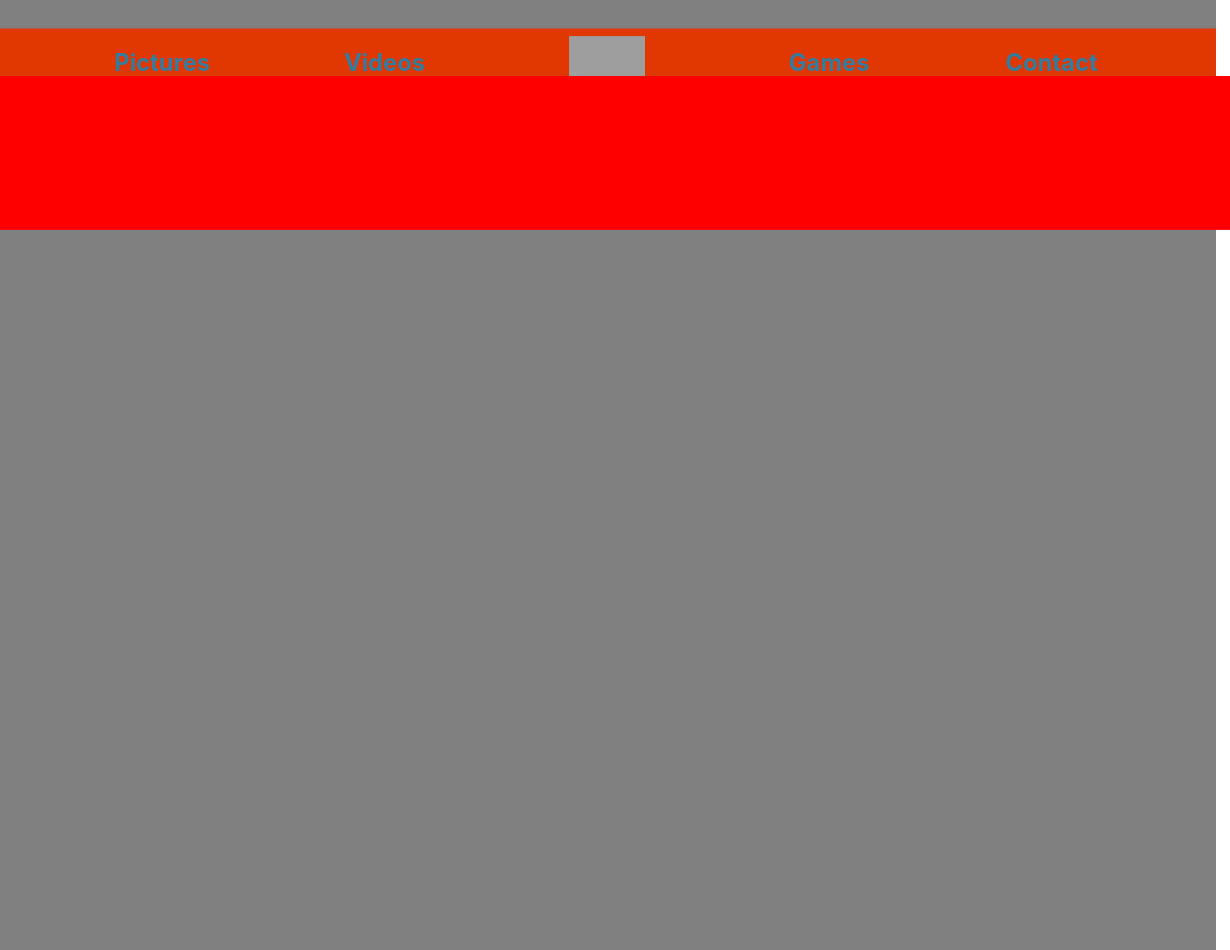
Repository: marty-wickham/2nd-milestone-project
Page: index.html
The author's editor kept a record of every edit. The page is drawn from the files as they stood at one moment, then again after the next edit.
The browser window is 1280 px wide. The page is 1295 px wide, so the pictures cover 1295 px, including what lies to the right of the window. The pictures show the whole page, at 95% of full size.
Pictures or frames that could not be fetched are drawn as grey boxes.

Above is the page before.

### index.html
<!DOCTYPE html>
<html lang="en">

<head>
    <meta charset="UTF-8">
    <meta name="viewport" content="width=device-width, initial-scale=1.0">
    <meta http-equiv="X-UA-Compatible" content="ie=edge">
    <title>2nd Milestone Project</title>

    <!-- css and js links -->
    <link rel="stylesheet" href="https://stackpath.bootstrapcdn.com/bootstrap/4.3.1/css/bootstrap.min.css" integrity="sha384-ggOyR0iXCbMQv3Xipma34MD+dH/1fQ784/j6cY/iJTQUOhcWr7x9JvoRxT2MZw1T" crossorigin="anonymous">
    <link rel="stylesheet" href="assets/css/style.css" type="text/css" />
    <script type="text/javascript" src="assets/js/jquery-3.4.1.js"></script>
    <script type="text/javascript" src="assets/js/simon.js"></script>
</head>

<body>
    <div class="page-container">
        <div class="navbar">
            <ul class="nav-list">
                <li class="nav-item"><a href="">Pictures</a></li>
                <li class="nav-item"><a href="">Videos</a></li>
                <li class="nav-item">
                    <div class="logo">
                        <img src="https://thumbs.dreamstime.com/z/simple-image-triangle-motif-logo-simple-easy-cool-logo-best-your-business-simple-logo-triangle-red-113714424.jpg" alt="logo"></img>
                    </div>
                </li>
                <li class="nav-item"><a href="">Games</a></li>
                <li class="nav-item"><a href="#">Contact</a></li>
            </ul>
        </div>
        <div class="section simon-game">
            <div class="row game-row">
                <div class="col color-btn" id="red">

                </div>
                <div class="col color-btn" id="green">

                </div>
            </div>
            <div class="row game-row">
                <div class="col" class="color-btn" id="blue">

                </div>
                <div class="col" class="color-btn" id="yellow">

                </div>
            </div>
        </div>
        <div class="footer">

        </div>
    </div>
</body>

</html>

### assets/css/style.css
.page-container {
    height: 1000px;
    background-color: gray;
}

.navbar {
    width: 100%;
    height: 80px;
    background-color: #E13700;
    position: relative;
    top: 30px;
}

.nav-list {
    width: 100%;
}

.nav-item {
    display: inline-block;
    font-weight: bold;
    font-size: 25px;
    width: 19%;
    text-align: center;
}

.logo {
    height: 80px;
    width: 80px;
    margin: 0 auto;
}

img {
    max-width: 100%;
    max-height: 100%;
}

.nav-item a {
    text-decoration: none;
    color: #337CA0;
}

/*-------------------------------------- Simon Game -------------------*/

.simon-game {
    height: 90vh;
}

.game-row {
    height: 50%;
}

.color-btn {
    width: 100%;
    height: 50%;
    background-color: red;
}

### assets/js/simon.js
/* var game = {
    count: 0,
    gameMemory: [],
    playerMemory: [],
    colors: ["red", "green", "blue", "yellow"]
};

function newGame() {
    game.count = 0;
    game.gameMemory = [];
    game.playerMemory = [];
}

newGame();

function gameMove() {
    game.count++;
    game.gameMemory.push(game.colors[Math.floor((Math.random() * 4) + 1)]);
}

gameMove;

function playSequence() {
    for(var i = 0; i <= game.gameMemory.length; i++) {
        document.getElementById(game.gameMemory[i]);
    }
}
*/

$("#red").mouseenter(function() {
    $(this).addClass("highlight");
})

Loaded but not shown: assets/js/jquery-3.4.1.js (library)

After the next edit:
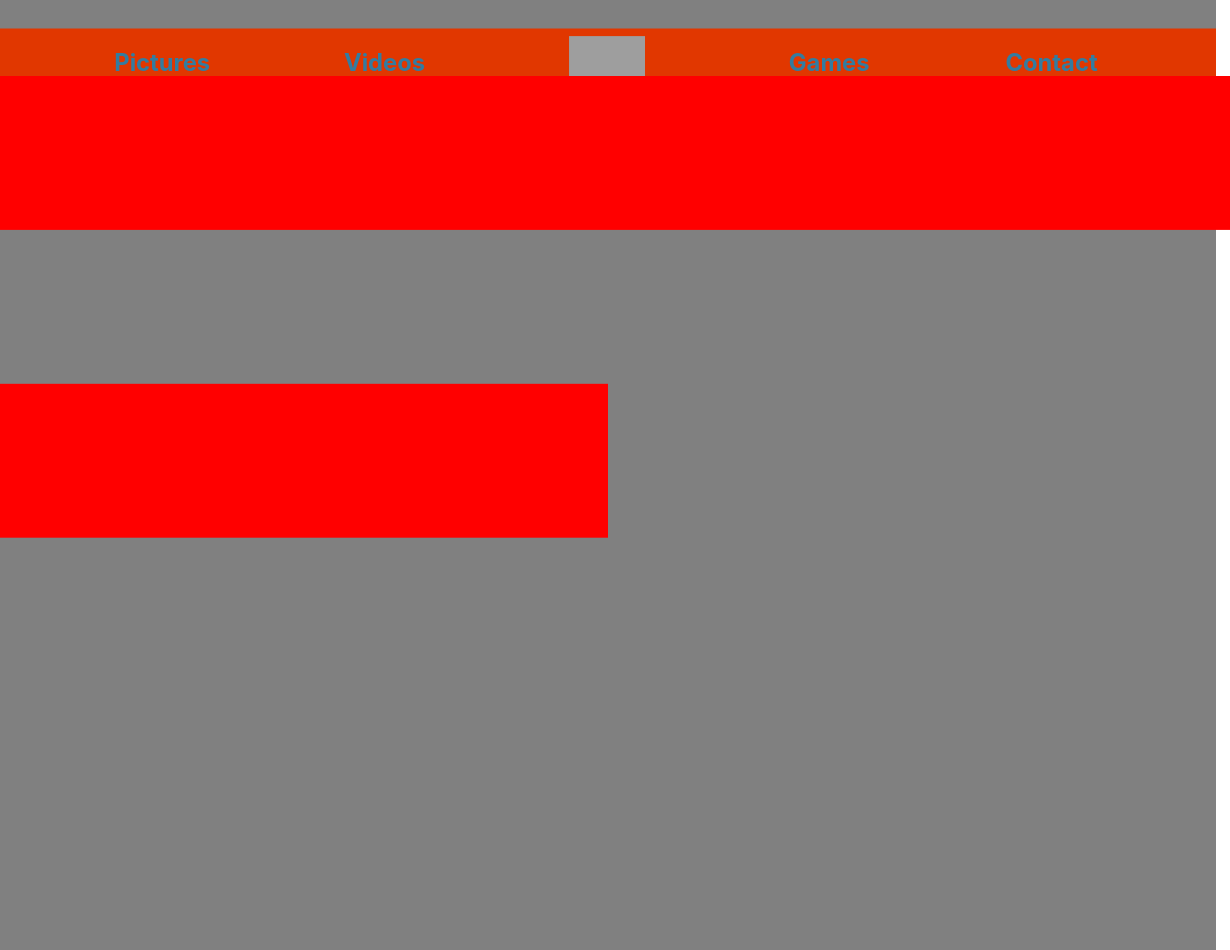
The edit:
--- a/index.html
+++ b/index.html
@@ -39,7 +39,7 @@
                 </div>
             </div>
             <div class="row game-row">
-                <div class="col" class="color-btn" id="blue">
+                <div class="col color-btn" id="blue">
 
                 </div>
                 <div class="col" class="color-btn" id="yellow">
